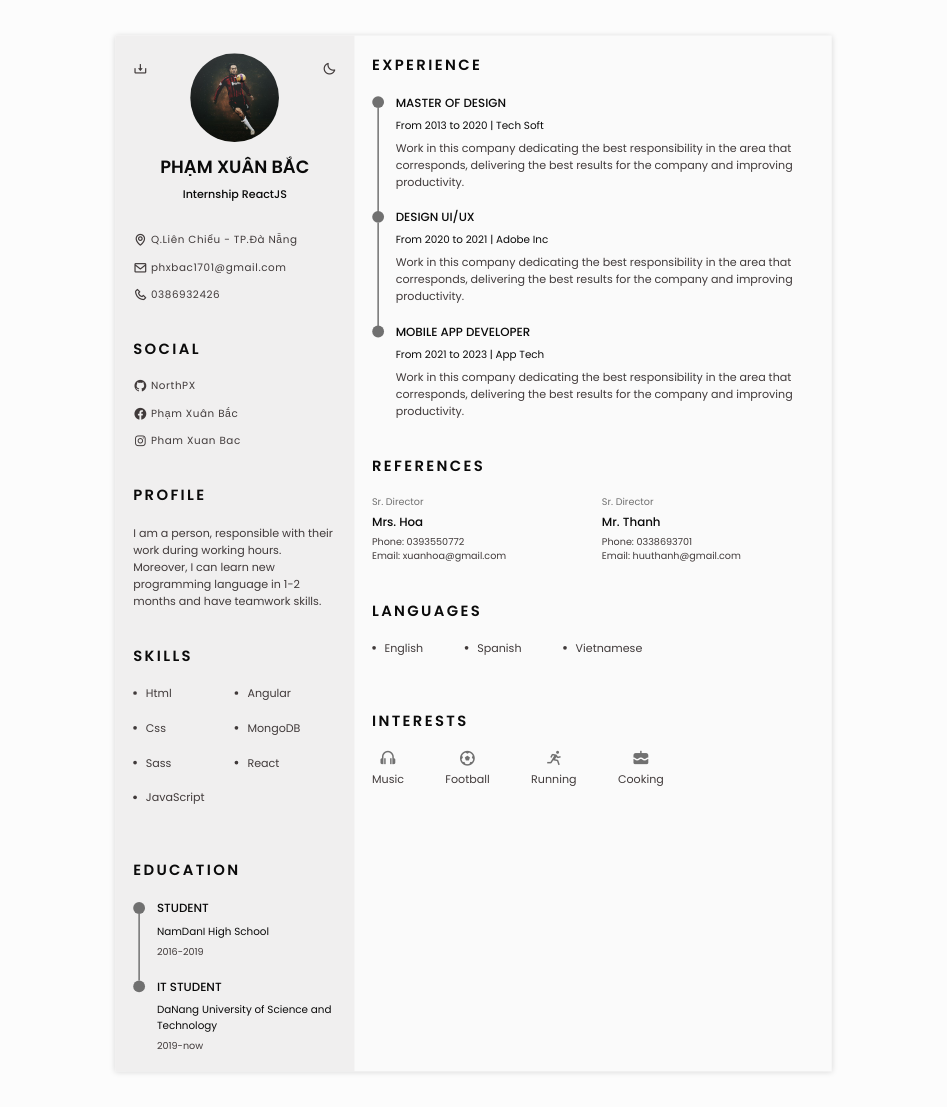
Repository: northpx/myCV
Page: index.html
The author's editor kept a copy of each file at every save. The page is drawn from the files as they stood at one save, then again after the next save.
The browser window is 1280 px wide. The pictures show the whole page, at 74% of full size.

Above is the page before, as saved 2023-02-23 17:04:23.

### index.html
<!DOCTYPE html>
<html lang="en">
<head>
    <meta charset="UTF-8">
    <meta http-equiv="X-UA-Compatible" content="IE=edge">
    <meta name="viewport" content="width=device-width, initial-scale=1.0">
    <link rel="stylesheet" href="./src/css/styles.css">
    <link rel="stylesheet" href="https://cdn.jsdelivr.net/npm/boxicons@latest/css/boxicons.min.css">
    <title>Pham Xuan Bac</title>
</head>
<body>
    <header class="l-header" id="header">
        <nav class="nav bd-container">
            <a href="#" class="nav__logo">Bac</a>
            <div class="nav__menu" id="nav-menu">
                <ul class="nav__list">
                    <li class="nav__item">
                        <a href="#home" class="nav__link active-link">
                            <i class='bx bx-home nav__icon' ></i>HOME
                        </a>
                    </li>
                    <li class="nav__item">
                        <a href="#profile" class="nav__link">
                            <i class='bx bx-user nav__icon' ></i>USER
                        </a>
                    </li>
                    <li class="nav__item">
                        <a href="#education" class="nav__link">
                            <i class='bx bx-book nav__icon' ></i>EDUCATION
                        </a>
                    </li>
                    <li class="nav__item">
                        <a href="#skills" class="nav__link">
                            <i class='bx bx-receipt nav__icon' ></i>SKILLS
                        </a>
                    </li>
                    <li class="nav__item">
                        <a href="#experience" class="nav__link">
                            <i class='bx bx-briefcase-alt nav__icon' ></i>experience
                        </a>
                    </li>
                    <li class="nav__item">
                        <a href="#certificates" class="nav__link">
                            <i class='bx bx-award nav__icon' ></i>CERTIFICATES
                        </a>
                    </li>

                    <li class="nav__item">
                        <a href="#references" class="nav__link">
                            <i class='bx bx-link-external nav__icon' ></i>REFERENCES
                        </a>
                    </li>
                </ul>
            </div>

            <div class="nav__toogle" id="nav-toggle">
                <i class="bx bx-grid-alt"></i>
            </div>
        </nav>
    </header>
    <main class="l-main bd-container">
        <div class="resume" id="area-cv">
            <div class="resume__left">
                <section class="home" id="home">
                    <div class="home__container section bd-grid">
                        <div class="home__data bd-grid">
                            <img src="./src/img/z3668101589347_355da8c054c5f58beb49364ce3f9e5b5.jpg" alt="" class="home__img">
                            <h1 class="home__title"><b>PHẠM XUÂN BẮC</b></h1>
                            <h3 class="home__profession">Internship ReactJS</h3>
                            <div>
                                <a download="" href="./src/pdf/resumecv.pdf" class="home__button-movil">Download</a>
                            </div>
                        </div>
                        <div class="home__address bd-grid">
                            <span class="home__information">
                                <i class="bx bx-map home__icon"></i> Q.Liên Chiểu - TP.Đà Nẵng
                            </span>
                            <span class="home__information">
                                <i class="bx bx-envelope home__icon"></i> phxbac1701@gmail.com
                            </span>
                            <span class="home__information">
                                <i class="bx bx-phone home__icon"></i> 0386932426
                            </span>
                        </div>
                    </div>
                    <i class="bx bx-moon change-theme" title="Theme" id="theme-button"></i>
                    <i class="bx bx-download generate-pdf" title="Generate PDF" id="resume-button"></i>
                </section>

                <section class="social section">
                    <h2 class="section-title">Social</h2>
                    <div class="social__container bd-grid">
                        <a href="https://github.com/northpx" target="_blank" class="social_link">
                            <i class="bx bxl-github social__icon"></i> NorthPX
                        </a>
                        <a href="https://www.facebook.com/north.px.13/" target="_blank" class="social_link">
                            <i class="bx bxl-facebook-circle social__icon"></i> Phạm Xuân Bắc
                        </a>
                        <a href="https://www.instagram.com/_north.px_/" target="_blank" class="social_link">
                            <i class="bx bxl-instagram social__icon"></i> Pham Xuan Bac
                        </a>
                    </div>
                </section>

                <section class="profile section" id="profile">
                    <h2 class="section-title">Profile</h2>
                    <p class="profile__description">
                        I am a person, responsible with their work during working hours. Moreover, I can learn new programming language in 1-2 months and have teamwork skills.
                    </p>
                </section>

                <section class="skills section" id="skills">
                    <h2 class="section-title">Skills</h2>
                    <div class="skills__content bd-grid">
                        <ul class="skills__data">
                            <li class="skills__name">
                                <span class="skills__circle"></span> Html
                            </li>
                            <li class="skills__name">
                                <span class="skills__circle"></span> Css
                            </li>
                            <li class="skills__name">
                                <span class="skills__circle"></span> Sass
                            </li>
                            <li class="skills__name">
                                <span class="skills__circle"></span> JavaScript
                            </li>
                        </ul>

                        <ul class="skills__data">
                            <li class="skills__name">
                                <span class="skills__circle"></span> Angular
                            </li>
                            <li class="skills__name">
                                <span class="skills__circle"></span> MongoDB
                            </li>
                            <li class="skills__name">
                                <span class="skills__circle"></span> React
                            </li>
                        </ul>
                    </div>
                </section>

                <section class="education section" id="education">
                    <h2 class="section-title">Education</h2>
                    <div class="education__container bd-grid">
                        <!-- <div class="education__content">
                            <div class="education__time">
                                <span class="education__rounder"></span>
                                <span class="education__line"></span>
                            </div>
                            <div class="education__data bd-grid">
                                <h3 class="education__title">STUDENT</h3>
                                <span class="education__studies">HongLong Secondary School</span>
                                <span class="education__year">2012-2016</span>
                            </div>
                        </div> -->

                        <div class="education__content">
                            <div class="education__time">
                                <span class="education__rounder"></span>
                                <span class="education__line"></span>
                            </div>
                            <div class="education__data bd-grid">
                                <h3 class="education__title">STUDENT</h3>
                                <span class="education__studies">NamDanI High School</span>
                                <span class="education__year">2016-2019</span>
                            </div>
                        </div>

                        <div class="education__content">
                            <div class="education__time">
                                <span class="education__rounder"></span>
                                <!-- <span class="education__line"></span> -->
                            </div>
                            <div class="education__data bd-grid">
                                <h3 class="education__title">IT STUDENT</h3>
                                <span class="education__studies">DaNang University of Science and Technology</span>
                                <span class="education__year">2019-now</span>
                            </div>
                        </div>
                    </div>
                </section>

            </div>

            <div class="resume__right">
                <section class="experience section" id="experience">
                    <h2 class="section-title">experience</h2>
                    <div class="experience__container bd-grid">
                        <div class="experience__content">
                            <div class="experience__time">
                                <span class="experience__rounder"></span>
                                <span class="experience__line"></span>
                            </div>
                            <div class="experience__data bd-grid">
                                <h3 class="experience__title">MASTER OF DESIGN</h3>
                                <span class="experience__company">From 2013 to 2020 | Tech Soft</span>
                                <p class="experience__description">Work in this company dedicating the best responsibility in the area that corresponds, delivering the best results for the company and improving productivity.</p>
                            </div>
                        </div>
                        <div class="experience__content">
                            <div class="experience__time">
                                <span class="experience__rounder"></span>
                                <span class="experience__line"></span>
                            </div>
                            <div class="experience__data bd-grid">
                                <h3 class="experience__title">DESIGN UI/UX</h3>
                                <span class="experience__company">From 2020 to 2021 | Adobe Inc</span>
                                <p class="experience__description">Work in this company dedicating the best responsibility in the area that corresponds, delivering the best results for the company and improving productivity.</p>
                            </div>
                        </div>
                        <div class="experience__content">
                            <div class="experience__time">
                                <span class="experience__rounder"></span>
                            </div>
                            <div class="experience__data bd-grid">
                                <h3 class="experience__title">MOBILE APP DEVELOPER</h3>
                                <span class="experience__company">From 2021 to 2023 | App Tech</span>
                                <p class="experience__description">Work in this company dedicating the best responsibility in the area that corresponds, delivering the best results for the company and improving productivity.</p>
                            </div>
                        </div>
                    </div>
                </section>

                <!-- <section class="certificate section" id="certificates">
                    <h2 class="section-title">Certificates</h2>
                    <div class="certificate__container bd-grid">
                        <div class="certificate__content">
                            <h3 class="certificate__title">Certified for compliance in the work area (2012)</h3>
                            <p class="certificate__description">For meeting the expectations of leading the team to work the specified tasks in the labor field.</p>
                        </div>

                        <div class="certificate__content">
                            <h3 class="certificate__title">Certificate of attendance on computer technology.</h3>
                            <p class="certificate__description">For meeting the expectations of leading the team to work the specified tasks in the labor field.</p>
                        </div>

                        <div class="certificate__content">
                            <h3 class="certificate__title">Achievement medal for productivity excellence during the year (2019)</h3>
                            <p class="certificate__description">For meeting the expectations of leading the team to work the specified tasks in the labor field.</p>
                        </div>
                    </div>
                </section> -->

                <section class="references section" id="references">
                    <h2 class="section-title">References</h2>
                    <div class="references__container bd-grid">
                        <div class="references__content bd-grid">
                            <span class="references__subtitle">Sr. Director</span>
                            <h3 class="references__title">Mrs. Hoa</h3>
                            <ul class="references__contact">
                                <li>Phone: 0393550772</li>
                                <li>Email: xuanhoa@gmail.com</li>
                            </ul>
                        </div>

                        <div class="references__content bd-grid">
                            <span class="references__subtitle">Sr. Director</span>
                            <h3 class="references__title">Mr. Thanh</h3>
                            <ul class="references__contact">
                                <li>Phone: 0338693701</li>
                                <li>Email: huuthanh@gmail.com</li>
                            </ul>
                        </div>
                    </div>
                </section>

                <section class="languages section">
                    <h2 class="section-title">Languages</h2>
                    <div class="languages__container bd-grid">
                        <ul class="languages__content bd-grid">
                            <li class="languages_name">
                                <span class="languages__circle"></span> English
                            </li>
                            <li class="languages_name">
                                <span class="languages__circle"></span> Spanish
                            </li>
                            <li class="languages_name">
                                <span class="languages__circle"></span> Vietnamese
                            </li>

                        </ul>
                    </div>
                </section>

                <section class="interests section">
                    <h2 class="section-title">Interests</h2>
                    <div class="interests__container bd-grid">
                        <div class="interests__content">
                            <i class="bx bx-headphone interests__icon"></i>
                            <span class="interests__name">Music</span>
                        </div>
                        <div class="interests__content">
                            <i class='bx bx-football interests__icon' ></i>
                            <span class="interests__name">Football</span>
                        </div>
                        <div class="interests__content">
                            <i class='bx bx-run interests__icon' ></i>
                            <span class="interests__name">Running</span>
                        </div>
                        <div class="interests__content">
                            <i class='bx bxs-cake interests__icon' ></i>
                            <span class="interests__name">Cooking</span>
                        </div>
                    </div>
                </section>
            </div>
        </div>
    </main>

    <a href="#" class="scrolltop" id="scroll-top">
        <i class="bx bx-up-arrow-alt scrolltop__icon"></i>
    </a>
    <script src="./src/js/html2pdf.bundle.min.js"></script>
    <script src="./src/js/scripts.js"></script>
</body>
</html>

Loaded but not shown: src/js/html2pdf.bundle.min.js (library); src/js/scripts.js (107 lines, source omitted); src/css/styles.css (578 lines, source omitted)

After the next save:
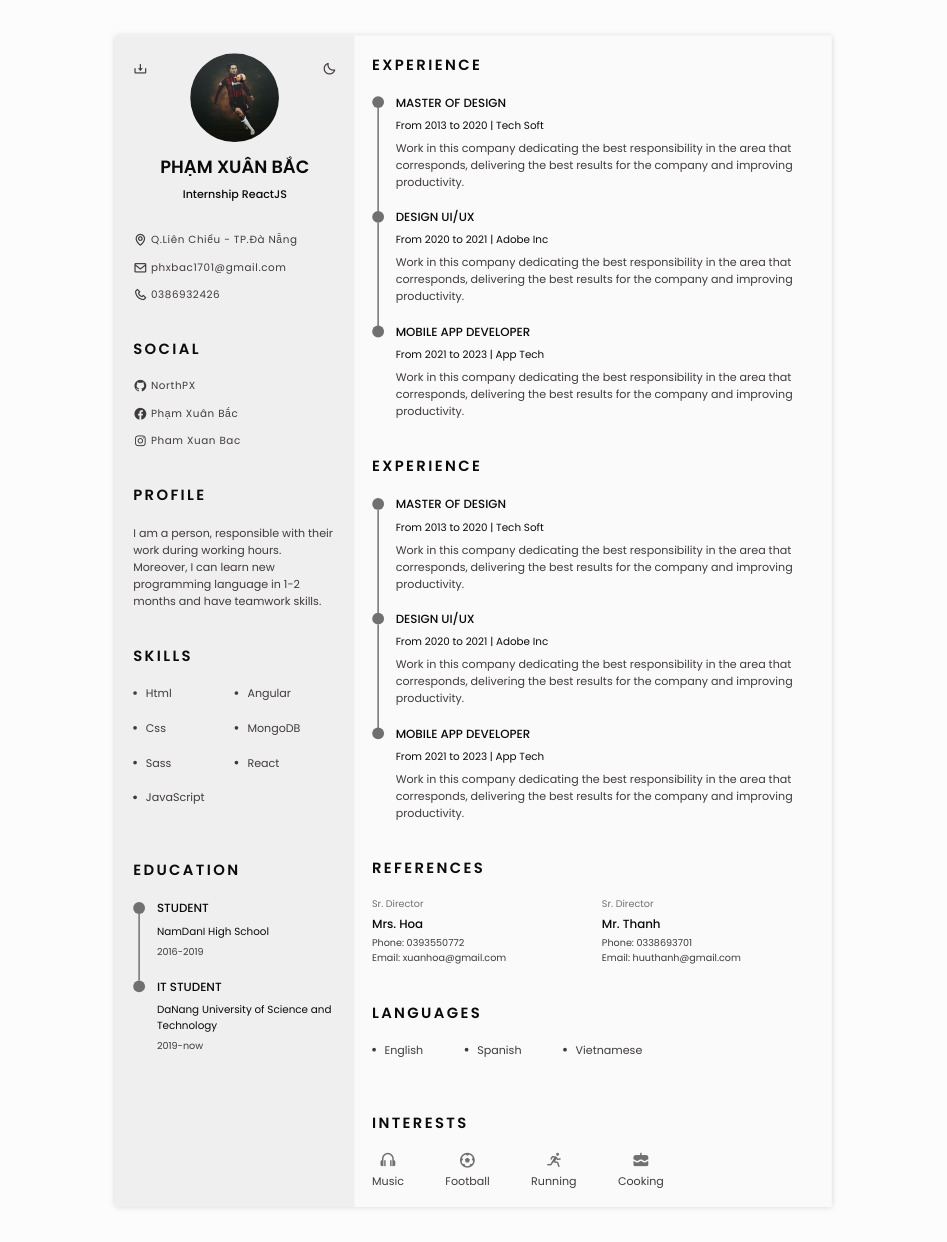
Saved 8 s later.
--- a/index.html
+++ b/index.html
@@ -222,6 +222,43 @@
                         </div>
                     </div>
                 </section>
+                <section class="experience section" id="experience">
+                    <h2 class="section-title">experience</h2>
+                    <div class="experience__container bd-grid">
+                        <div class="experience__content">
+                            <div class="experience__time">
+                                <span class="experience__rounder"></span>
+                                <span class="experience__line"></span>
+                            </div>
+                            <div class="experience__data bd-grid">
+                                <h3 class="experience__title">MASTER OF DESIGN</h3>
+                                <span class="experience__company">From 2013 to 2020 | Tech Soft</span>
+                                <p class="experience__description">Work in this company dedicating the best responsibility in the area that corresponds, delivering the best results for the company and improving productivity.</p>
+                            </div>
+                        </div>
+                        <div class="experience__content">
+                            <div class="experience__time">
+                                <span class="experience__rounder"></span>
+                                <span class="experience__line"></span>
+                            </div>
+                            <div class="experience__data bd-grid">
+                                <h3 class="experience__title">DESIGN UI/UX</h3>
+                                <span class="experience__company">From 2020 to 2021 | Adobe Inc</span>
+                                <p class="experience__description">Work in this company dedicating the best responsibility in the area that corresponds, delivering the best results for the company and improving productivity.</p>
+                            </div>
+                        </div>
+                        <div class="experience__content">
+                            <div class="experience__time">
+                                <span class="experience__rounder"></span>
+                            </div>
+                            <div class="experience__data bd-grid">
+                                <h3 class="experience__title">MOBILE APP DEVELOPER</h3>
+                                <span class="experience__company">From 2021 to 2023 | App Tech</span>
+                                <p class="experience__description">Work in this company dedicating the best responsibility in the area that corresponds, delivering the best results for the company and improving productivity.</p>
+                            </div>
+                        </div>
+                    </div>
+                </section>
 
                 <!-- <section class="certificate section" id="certificates">
                     <h2 class="section-title">Certificates</h2>
